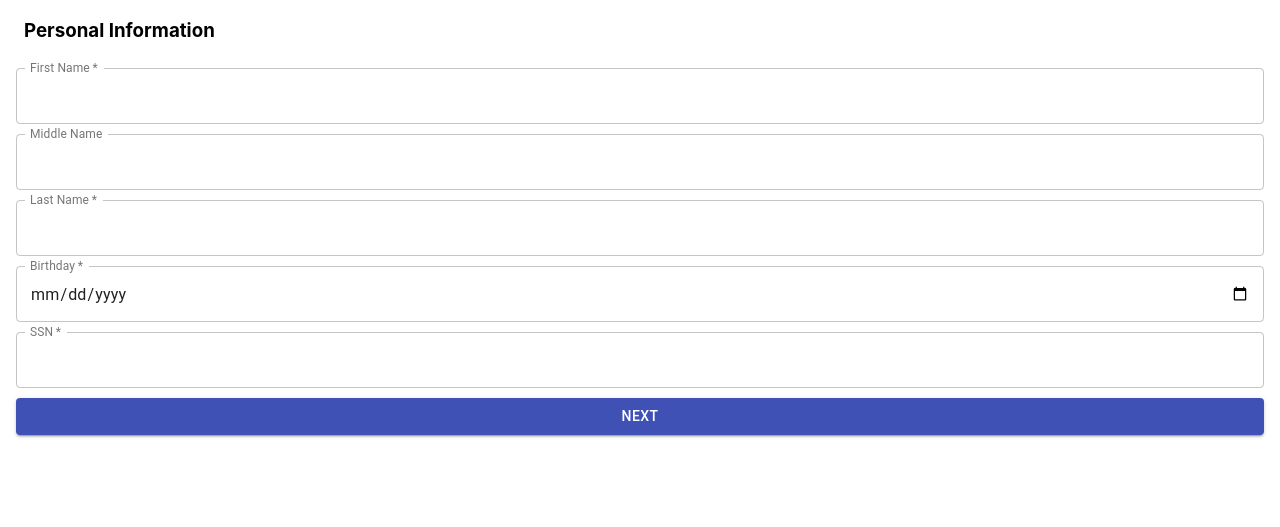
Repository: chathuraedirisingh/rr
Page: /
These files come from the project's save history. The page is drawn as it stood at one moment and after the next save; the edit follows.
The browser window is 1280 px wide. The pictures show the whole page.
The page's requests for data from a server got no answer. The project was rebuilt for these pictures with package versions that can differ from the ones it lists, and the page was loaded fresh each time. No one was signed in, and anything a server would have sent is missing. Also part of the build but not shown: src/components/FormContactDetails.js, src/components/FormEmployerDetails.js, src/components/Confirm.js.

Above is the page before, as saved 2019-12-19 15:31:13.

After the next save:
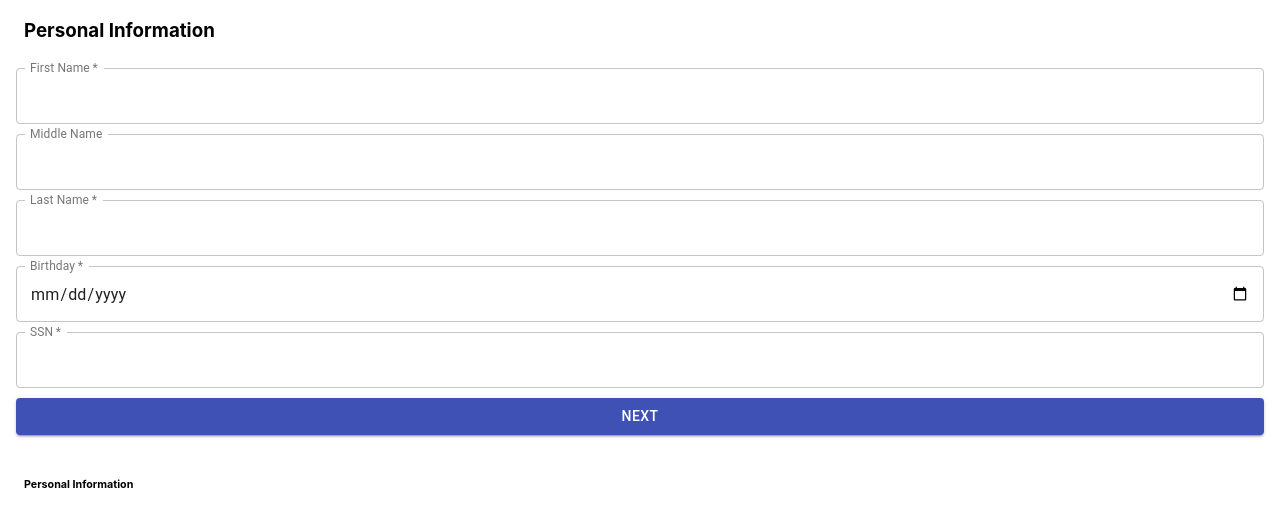
Saved 61 s later.
--- a/src/components/FormPersonalDetails.js
+++ b/src/components/FormPersonalDetails.js
@@ -85,6 +85,10 @@ export default class FormPersonalDetails extends Component {
                             onClick={this.continue} >Next</Button>
                     </Box>
 
+                    <Container >
+                        <h6>Personal Information</h6>
+                    </Container>
+
                 </div>
             </Fragment>
         )
